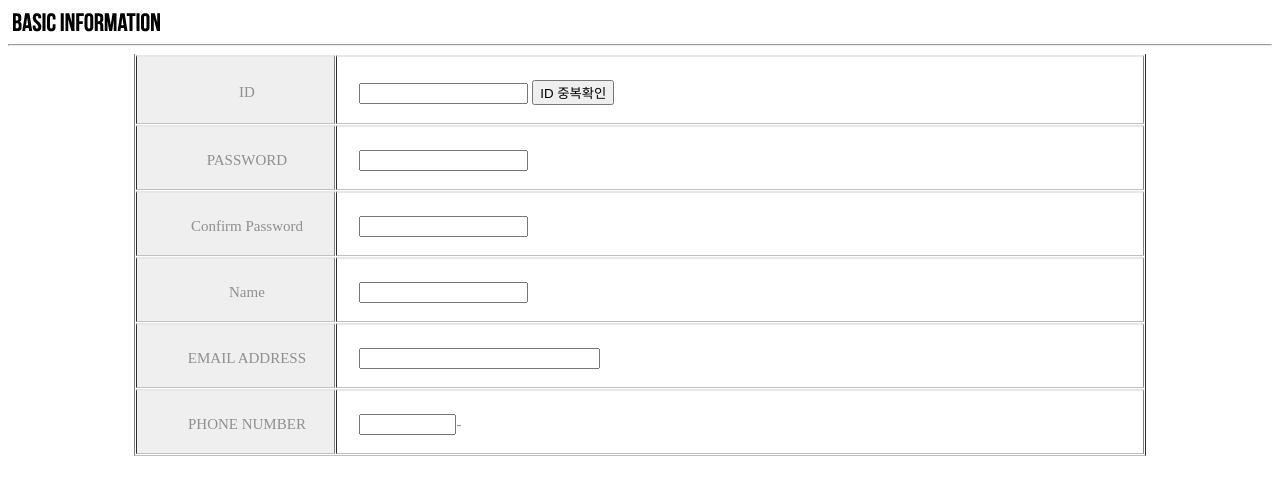
Repository: kminjoo/Making-website-using-JSP
Page: http://localhost/website_project/Register.jsp
The author's editor kept a copy of each file at every save. The page is drawn from the files as they stood at one save, then again after the next save.
The browser window is 1280 px wide. The pictures show the whole page.
The page is served by Tomcat 9.

Above is the page before, as saved 2015-07-21 14:12:15.

After the next save:
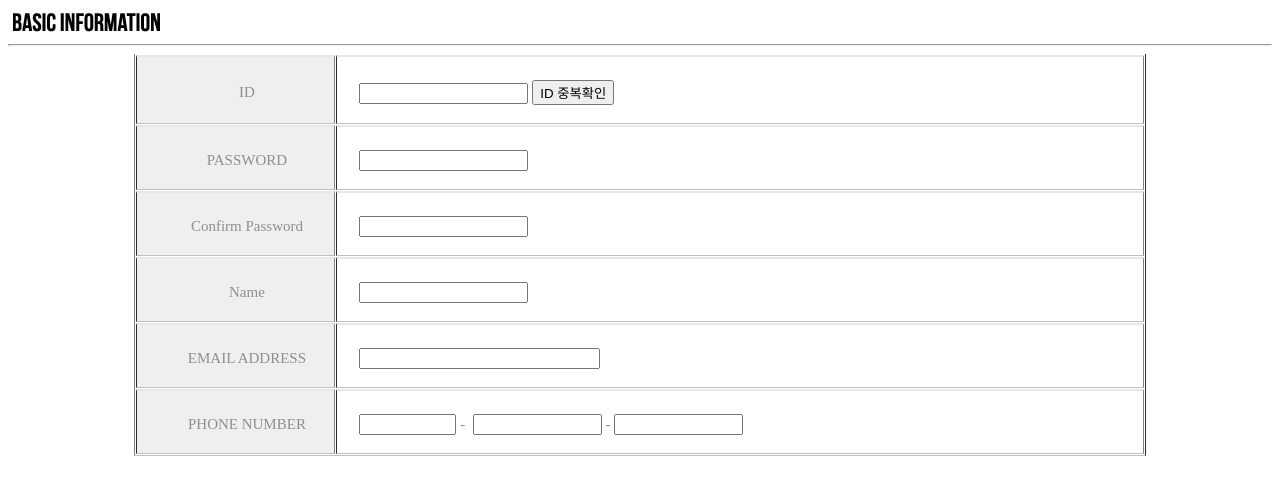
Saved 37 s later.
--- a/website_project/WebContent/Register.jsp
+++ b/website_project/WebContent/Register.jsp
@@ -37,7 +37,8 @@
 	</tr>
 	<tr>
 		<td width="13%" align="center" bgcolor="#EFEFEF">PHONE NUMBER</td>
-		<td width="30%"><input type="text" name="mem_phone1" size="9">-
+		<td width="30%"><input type="text" name="mem_phone1" size="9">&nbsp;-&nbsp;
+		<input type="text" name="mem_phone1" size="13">&nbsp;-&nbsp;<input type="text" name="mem_phone1" size="13"></td>
 	</tr>
 
 </table>
